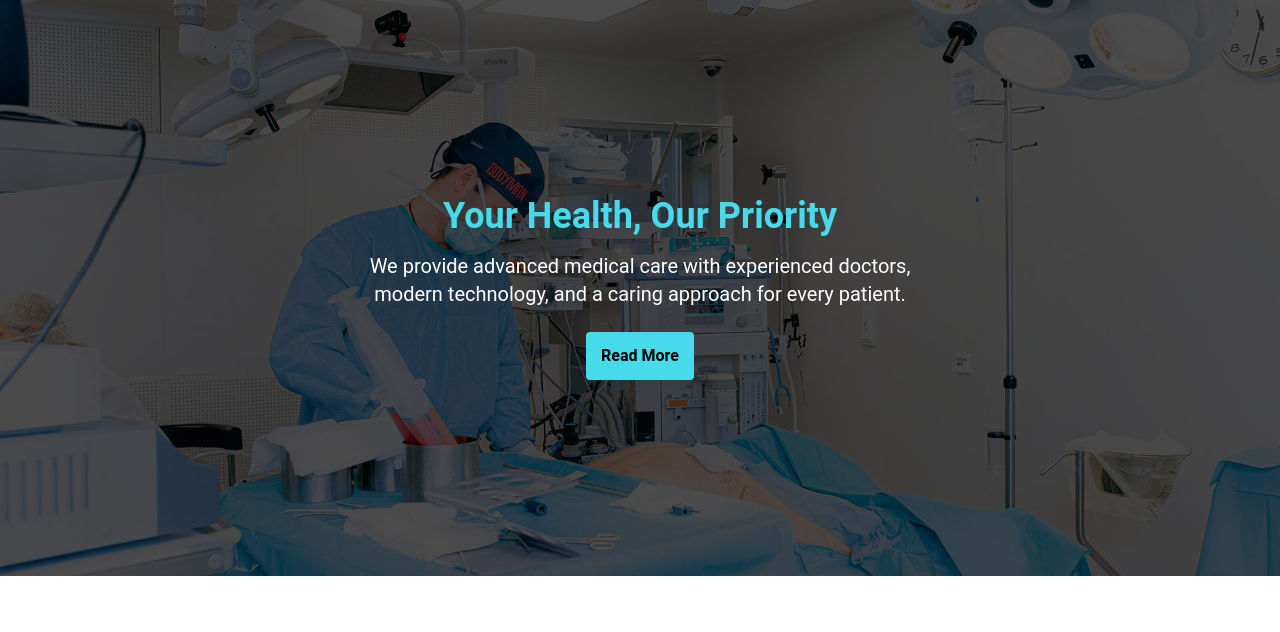
Repository: ahmedkhaleddev02-del/DoctorAppointment-MERN
Page: / (app in frontend/frontend/)
The author's editor kept a copy of each file at every save. The page is drawn from the files as they stood at one save, then again after the next save.
The browser window is 1280 px wide. The pictures show the whole page.
The project was rebuilt for these pictures with package versions that can differ from the ones it lists, and the page was loaded fresh each time.

Above is the page before, as saved 2025-07-27 17:56:40.

After the next save:
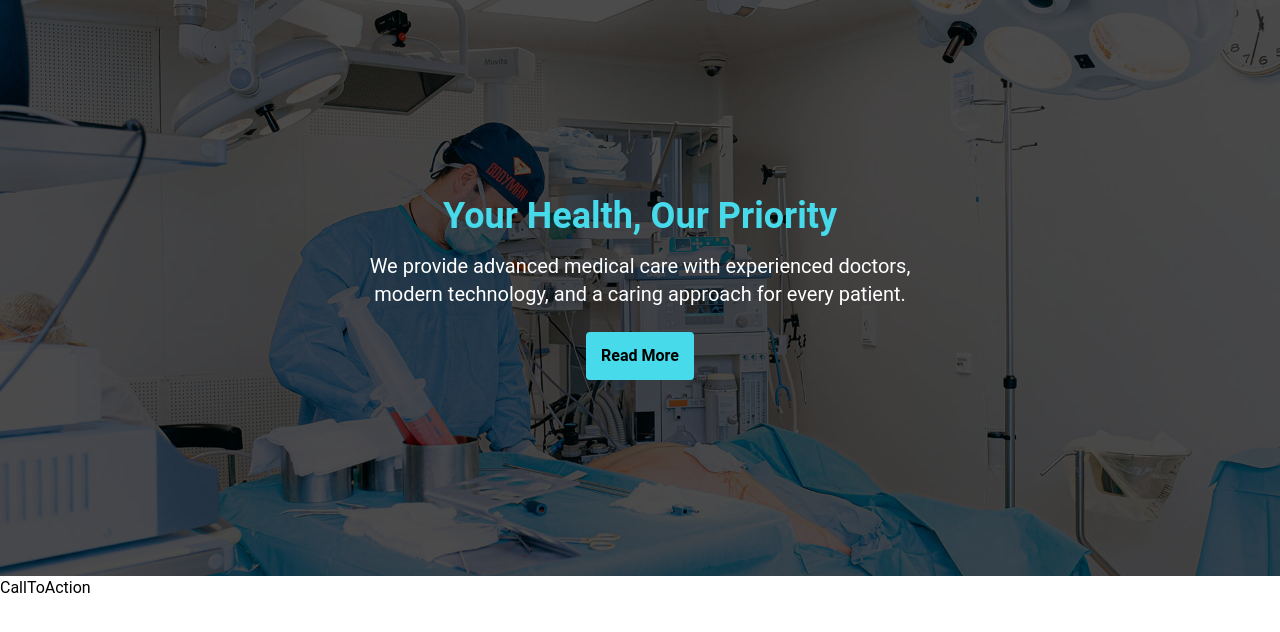
Saved 13 s later.
--- a/frontend/frontend/src/pages/Home.jsx
+++ b/frontend/frontend/src/pages/Home.jsx
@@ -1,10 +1,11 @@
 import React from 'react'
-
+import CallToAction from '../components/CallToAction'
 import HeroSlider from '../components/HeroSlider'
 function Home() {
   return (
     <div>
         <HeroSlider/>
+        <CallToAction/>
 
     </div>
   )
